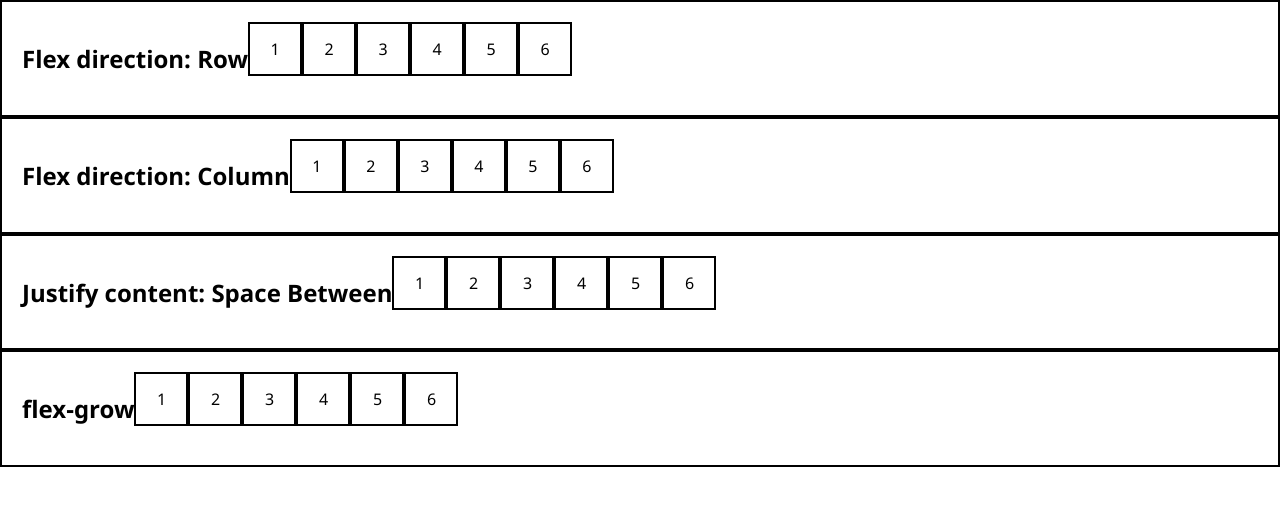
Repository: anjalipatel-dev/web-dev-learning-journey
Page: 03_html_css_ui_pages/05_hands_on_flex/index.html
An editor plug-in stored every save of this project. The page is shown before and after the next save, followed by the edit.
The browser window is 1280 px wide. The pictures show the whole page.

Above is the page before, as saved 2025-10-11 08:03:49.

After the next save:
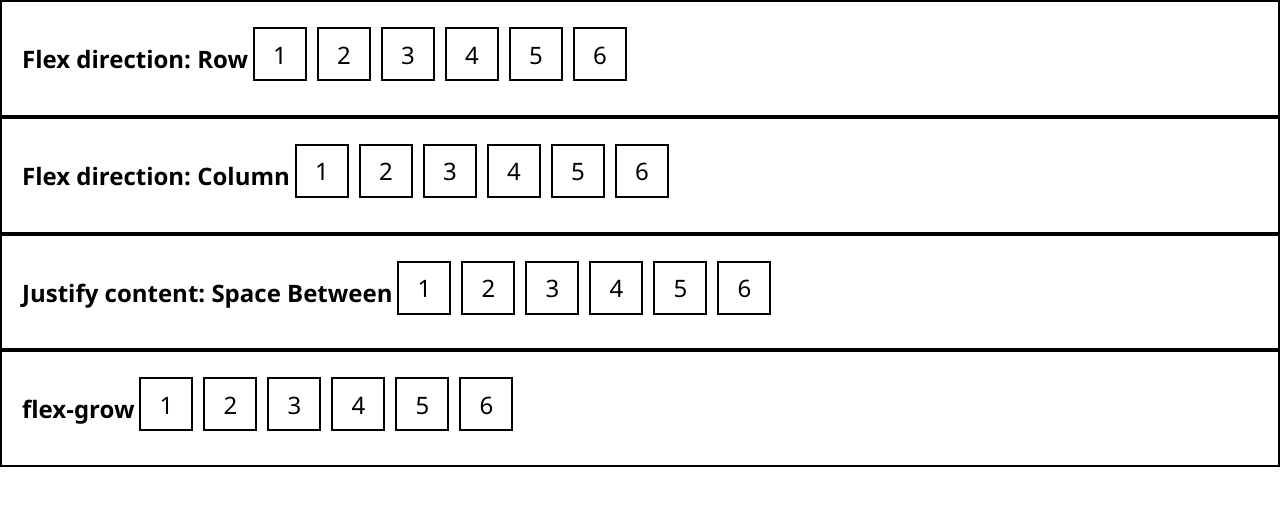
Saved 56 s later.
--- a/03_html_css_ui_pages/05_hands_on_flex/styles.css
+++ b/03_html_css_ui_pages/05_hands_on_flex/styles.css
@@ -20,4 +20,6 @@
     display: flex;
     justify-content : center;
     align-items : center;
+    margin:5px;
+    font-size: 1.5rem;
 }
